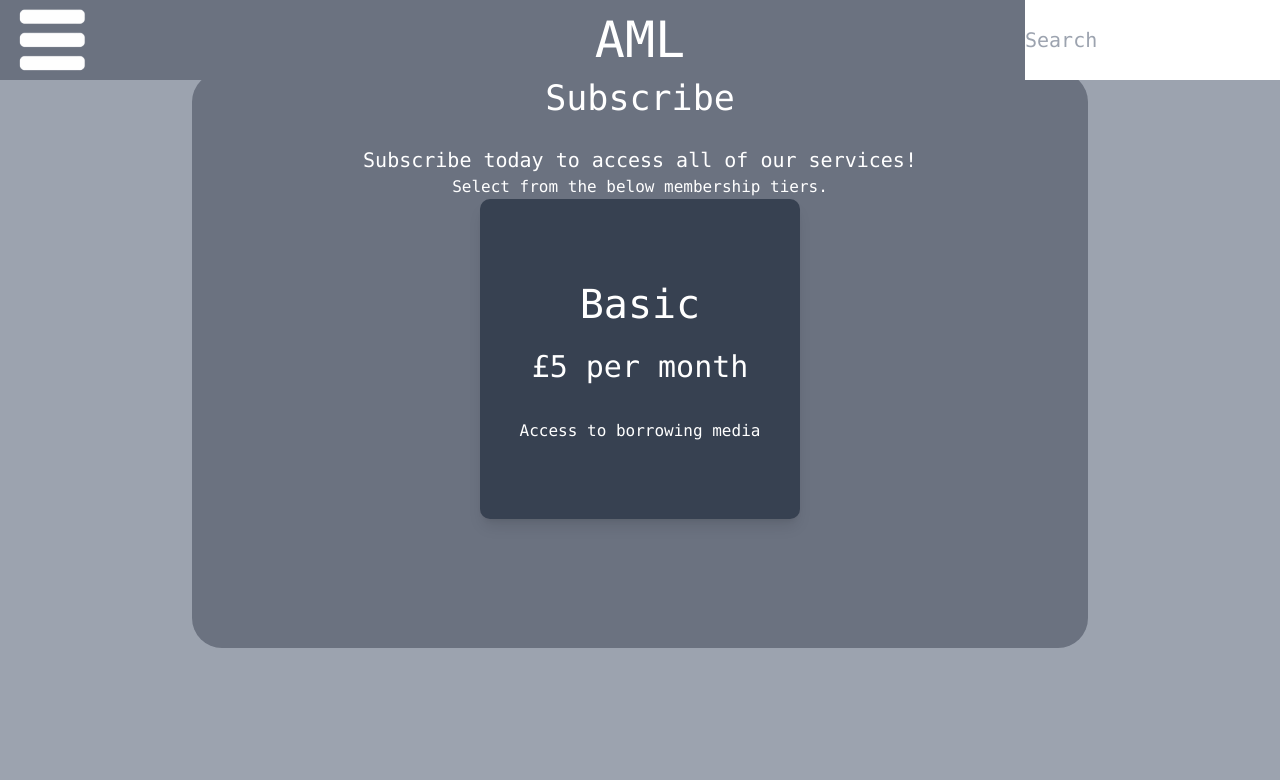
Repository: DuyKhanhDo/AML-Concept
Page: http://localhost/subscribe
These files come from the project's save history. The page is drawn as it stood at one moment and after a run of saves; the edit follows.
The browser window is 1280 px wide. The pictures show the whole page.
Some web libraries are served in a nearby version. The page is served by the project's Laravel application, run on PHP 8.4 with Laravel 12. A made-up administrator, Test User (test@example.com), is signed in.

Above is the page before, as saved 2024-11-11 12:57:21.

After the next 2 saves:
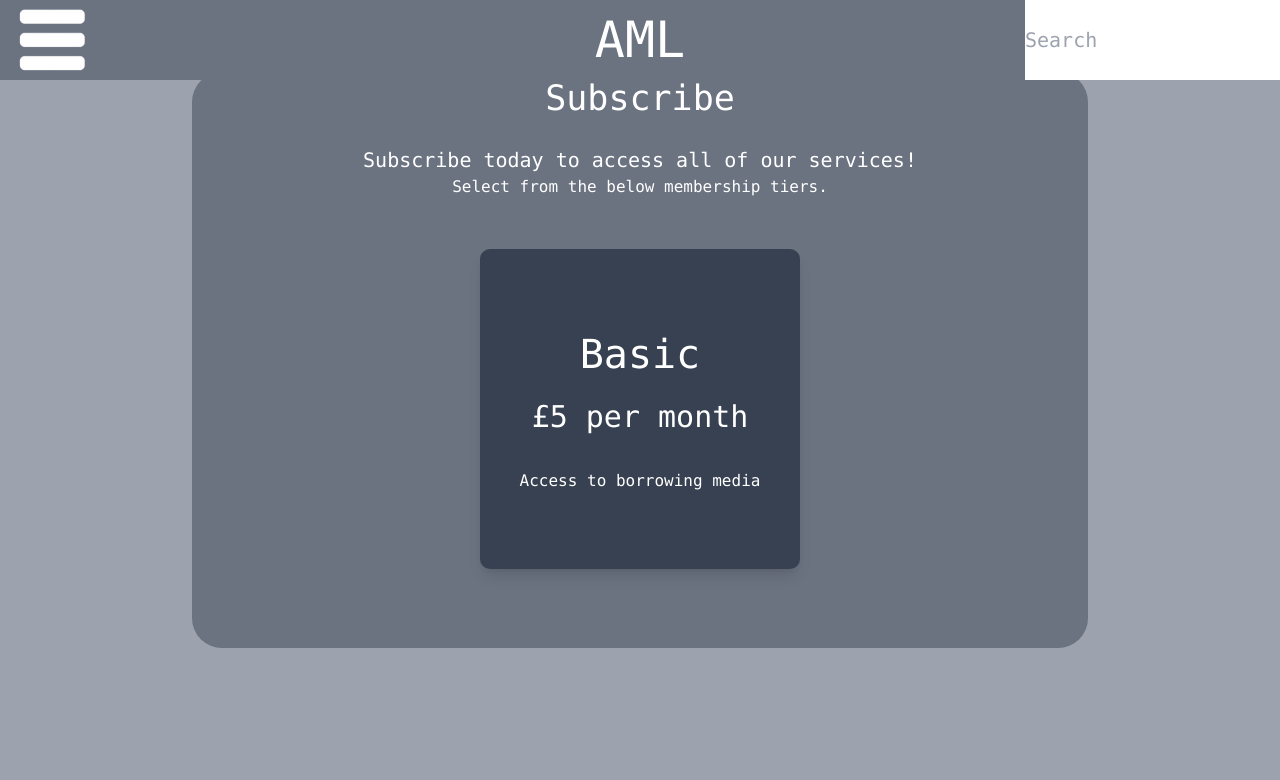
The 2 saves are shown as one change because they came seconds apart.
The last was saved 16 s later.
--- a/resources/views/subscribe.blade.php
+++ b/resources/views/subscribe.blade.php
@@ -5,7 +5,7 @@
                 <h1 class="text-[35px]">Subscribe</h1>
                 <h3 class="text-[20px] mt-[20px]">Subscribe today to access all of our services!</h3>
                 <h5>Select from the below membership tiers.</h5>
-                <button class="bg-gray-700 rounded-[10px] w-[20rem] h-[20rem] shadow-lg">
+                <button class="bg-gray-700 rounded-[10px] w-[20rem] h-[20rem] shadow-lg mt-[50px]">
                     <h2 class="text-[40px] mb-[10px]">Basic</h2>
                     <h2 class="text-[30px] mb-[30px]">£5 per month</h2>
                     <h3>Access to borrowing media</h3>
